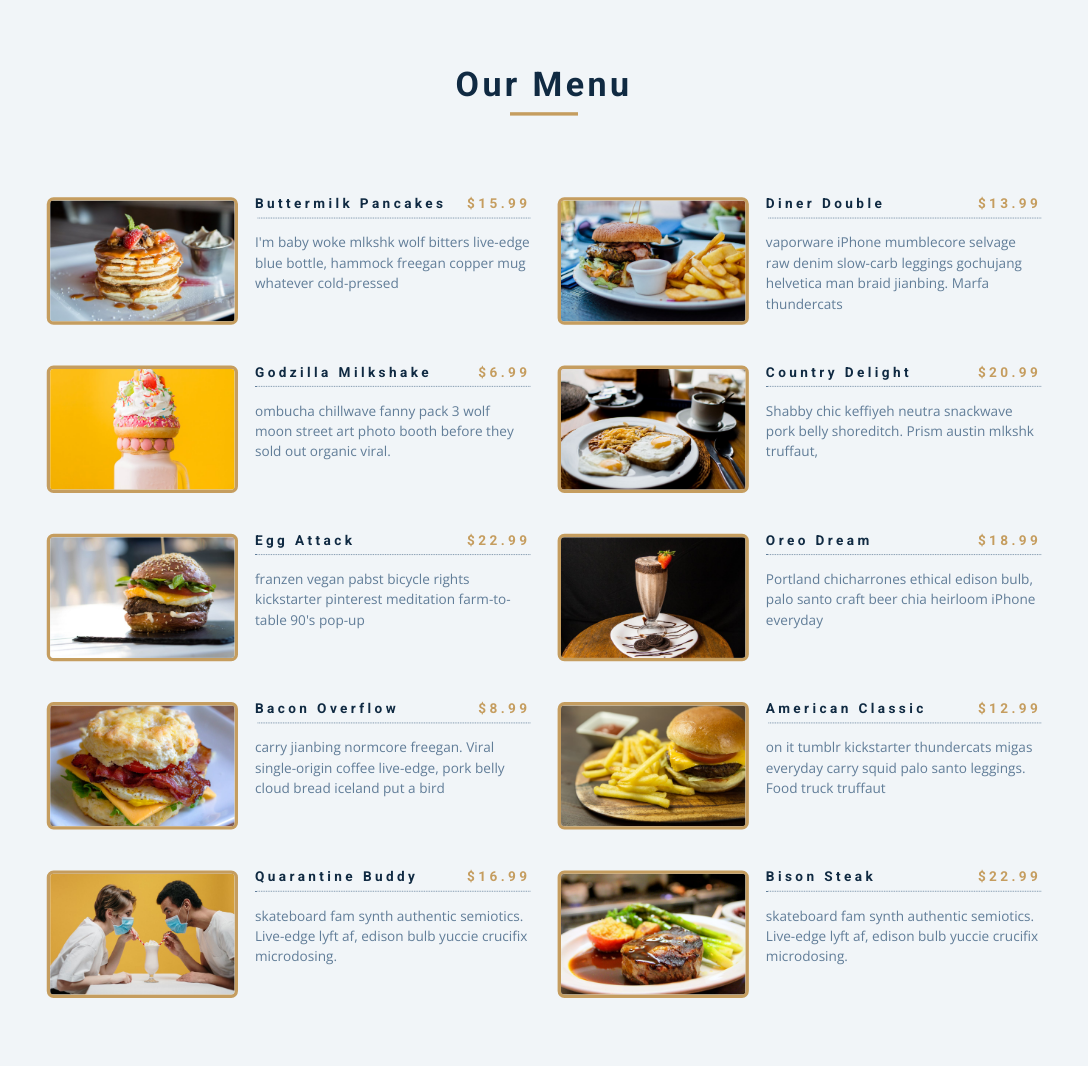
Repository: AnahitKhechumyan/MENUFILTER
Page: index.html
The author's editor kept a copy of each file at every save. The page is drawn from the files as they stood at one save, then again after the next save.
The browser window is 1280 px wide. The pictures show the whole page, at 85% of full size.
Some web libraries are served in a nearby version.

Above is the page before, as saved 2022-02-17 14:49:28.

### index.html
<!DOCTYPE html>
<html lang="en">
  <head>
    <meta charset="UTF-8" />
    <meta name="viewport" content="width=device-width, initial-scale=1.0" />
    <title>Starter</title>
    <!-- font-awesome -->
    <link
      rel="stylesheet"
      href="https://cdnjs.cloudflare.com/ajax/libs/font-awesome/5.14.0/css/all.min.css"
    />
    <!-- styles -->
    <link rel="stylesheet" href="styles.css" />
  </head>
  <body>
    <section class="menu">
      <!-- title -->
      <div class="title">
        <h2>our menu</h2>
        <div class="underline"></div>
      </div>
      <!-- filter buttons -->
      <div class="btn-container">
        <!-- <button type="button" class="filter-btn" data-id="all">all</button>
          <button type="button" class="filter-btn" data-id="breakfast">
            breakfast
          </button>
          <button type="button" class="filter-btn" data-id="lunch">lunch</button>
          <button type="button" class="filter-btn" data-id="shakes">
            shakes
          </button> -->
      </div>
      <!-- menu items -->
      <div class="section-center">
        <!-- single item -->
        <article class="menu-item">
          <img src="./menu-item.jpeg" alt="menu item" class="photo" />
          <div class="item-info">
            <header>
              <h4>buttermilk pancakes</h4>
              <h4 class="price">$15</h4>
            </header>
            <p class="item-text">
              Lorem ipsum dolor sit amet consectetur adipisicing elit.
              Repudiandae, sint quam. Et reprehenderit fugiat nesciunt inventore
              laboriosam excepturi! Quo, officia.
            </p>
          </div>
        </article>
        <!-- end of single item -->
        <!-- single item -->
        <article class="menu-item">
          <img src="./menu-item.jpeg" alt="menu item" class="photo" />
          <div class="item-info">
            <header>
              <h4>buttermilk pancakes</h4>
              <h4 class="price">$15</h4>
            </header>
            <p class="item-text">
              Lorem ipsum dolor sit amet consectetur adipisicing elit.
              Repudiandae, sint quam. Et reprehenderit fugiat nesciunt inventore
              laboriosam excepturi! Quo, officia.
            </p>
          </div>
        </article>
        <!-- end of single item -->
        <!-- single item -->
        <article class="menu-item">
          <img src="./menu-item.jpeg" alt="menu item" class="photo" />
          <div class="item-info">
            <header>
              <h4>buttermilk pancakes</h4>
              <h4 class="price">$15</h4>
            </header>
            <p class="item-text">
              Lorem ipsum dolor sit amet consectetur adipisicing elit.
              Repudiandae, sint quam. Et reprehenderit fugiat nesciunt inventore
              laboriosam excepturi! Quo, officia.
            </p>
          </div>
        </article>
        <!-- end of single item -->
      </div>
    </section>
    <!-- javascript -->
    <script type="module" src="./app.js"></script>
  </body>
</html>

### styles.css
/*
===============
Fonts
===============
*/
@import url("https://fonts.googleapis.com/css?family=Open+Sans|Roboto:400,700&display=swap");

/*
===============
Variables
===============
*/

:root {
  /* dark shades of primary color*/
  --clr-primary-1: hsl(205, 86%, 17%);
  --clr-primary-2: hsl(205, 77%, 27%);
  --clr-primary-3: hsl(205, 72%, 37%);
  --clr-primary-4: hsl(205, 63%, 48%);
  /* primary/main color */
  --clr-primary-5: #49a6e9;
  /* lighter shades of primary color */
  --clr-primary-6: hsl(205, 89%, 70%);
  --clr-primary-7: hsl(205, 90%, 76%);
  --clr-primary-8: hsl(205, 86%, 81%);
  --clr-primary-9: hsl(205, 90%, 88%);
  --clr-primary-10: hsl(205, 100%, 96%);
  /* darkest grey - used for headings */
  --clr-grey-1: hsl(209, 61%, 16%);
  --clr-grey-2: hsl(211, 39%, 23%);
  --clr-grey-3: hsl(209, 34%, 30%);
  --clr-grey-4: hsl(209, 28%, 39%);
  /* grey used for paragraphs */
  --clr-grey-5: hsl(210, 22%, 49%);
  --clr-grey-6: hsl(209, 23%, 60%);
  --clr-grey-7: hsl(211, 27%, 70%);
  --clr-grey-8: hsl(210, 31%, 80%);
  --clr-grey-9: hsl(212, 33%, 89%);
  --clr-grey-10: hsl(210, 36%, 96%);
  --clr-white: #fff;
  --clr-red-dark: hsl(360, 67%, 44%);
  --clr-red-light: hsl(360, 71%, 66%);
  --clr-green-dark: hsl(125, 67%, 44%);
  --clr-green-light: hsl(125, 71%, 66%);
  --clr-gold: #c59d5f;
  --clr-black: #222;
  --ff-primary: "Roboto", sans-serif;
  --ff-secondary: "Open Sans", sans-serif;
  --transition: all 0.3s linear;
  --spacing: 0.25rem;
  --radius: 0.5rem;
  --light-shadow: 0 5px 15px rgba(0, 0, 0, 0.1);
  --dark-shadow: 0 5px 15px rgba(0, 0, 0, 0.2);
  --max-width: 1170px;
  --fixed-width: 620px;
}
/*
===============
Global Styles
===============
*/

*,
::after,
::before {
  margin: 0;
  padding: 0;
  box-sizing: border-box;
}
body {
  font-family: var(--ff-secondary);
  background: var(--clr-grey-10);
  color: var(--clr-grey-1);
  line-height: 1.5;
  font-size: 0.875rem;
}
ul {
  list-style-type: none;
}
a {
  text-decoration: none;
}
img:not(.logo) {
  width: 100%;
}
img {
  display: block;
}

h1,
h2,
h3,
h4 {
  letter-spacing: var(--spacing);
  text-transform: capitalize;
  line-height: 1.25;
  margin-bottom: 0.75rem;
  font-family: var(--ff-primary);
}
h1 {
  font-size: 3rem;
}
h2 {
  font-size: 2rem;
}
h3 {
  font-size: 1.25rem;
}
h4 {
  font-size: 0.875rem;
}
p {
  margin-bottom: 1.25rem;
  color: var(--clr-grey-5);
}
@media screen and (min-width: 800px) {
  h1 {
    font-size: 4rem;
  }
  h2 {
    font-size: 2.5rem;
  }
  h3 {
    font-size: 1.75rem;
  }
  h4 {
    font-size: 1rem;
  }
  body {
    font-size: 1rem;
  }
  h1,
  h2,
  h3,
  h4 {
    line-height: 1;
  }
}
/*  global classes */

.btn {
  text-transform: uppercase;
  background: transparent;
  color: var(--clr-black);
  padding: 0.375rem 0.75rem;
  letter-spacing: var(--spacing);
  display: inline-block;
  transition: var(--transition);
  font-size: 0.875rem;
  border: 2px solid var(--clr-black);
  cursor: pointer;
  box-shadow: 0 1px 3px rgba(0, 0, 0, 0.2);
  border-radius: var(--radius);
}
.btn:hover {
  color: var(--clr-white);
  background: var(--clr-black);
}
/* section */
.section {
  padding: 5rem 0;
}

main {
  min-height: 100vh;
  display: grid;
  place-items: center;
}
/*
===============
Menu
===============
*/

.menu {
  padding: 5rem 0;
}
.title {
  text-align: center;
  margin-bottom: 2rem;
}
.underline {
  width: 5rem;
  height: 0.25rem;
  background: var(--clr-gold);
  margin-left: auto;
  margin-right: auto;
}
.btn-container {
  margin-bottom: 4rem;
  display: flex;
  justify-content: center;
}
.filter-btn {
  background: transparent;
  border-color: var(--clr-gold);
  font-size: 1rem;
  text-transform: capitalize;
  margin: 0 0.5rem;
  letter-spacing: 1px;
  border-radius: var(--radius);
  padding: 0.375rem 0.75rem;
  color: var(--clr-gold);
  cursor: pointer;
  transition: var(--transition);
}
.filter-btn:hover {
  background: var(--clr-gold);
  color: var(--clr-white);
}
.section-center {
  width: 90vw;
  margin: 0 auto;
  max-width: 1170px;
  display: grid;
  gap: 3rem 2rem;
  justify-items: center;
}
.menu-item {
  display: grid;
  gap: 1rem 2rem;
  max-width: 25rem;
}
.photo {
  object-fit: cover;
  height: 200px;
  border: 0.25rem solid var(--clr-gold);
  border-radius: var(--radius);
}
.item-info header {
  display: flex;
  justify-content: space-between;
  border-bottom: 0.5px dotted var(--clr-grey-5);
}
.item-info h4 {
  margin-bottom: 0.5rem;
}
.price {
  color: var(--clr-gold);
}
.item-text {
  margin-bottom: 0;
  padding-top: 1rem;
}

@media screen and (min-width: 768px) {
  .menu-item {
    grid-template-columns: 225px 1fr;
    gap: 0 1.25rem;
    max-width: 40rem;
  }
  .photo {
    height: 175px;
  }
}
@media screen and (min-width: 1200px) {
  .section-center {
    width: 95vw;
    grid-template-columns: 1fr 1fr;
  }
  .photo {
    height: 150px;
  }
}

### app.js
import { menu } from "./data.js";

// get parent element
const sectionCenter = document.querySelector(".section-center");
const btnContainer = document.querySelector(".btn-container");
// display all items when page loads
window.addEventListener("DOMContentLoaded", function () {
  diplayMenuItems(menu);
  displayMenuButtons();
});

function diplayMenuItems(menuItems) {
  let displayMenu = menuItems.map(function (item) {
    // console.log(item);

    return `<article class="menu-item">
            <img src=${item.img} alt=${item.title} class="photo" />
            <div class="item-info">
              <header>
                <h4>${item.title}</h4>
                <h4 class="price">$${item.price}</h4>
              </header>
              <p class="item-text">
                ${item.desc}
              </p>
            </div>
          </article>`;
  });
  displayMenu = displayMenu.join("");
  // console.log(displayMenu);

  sectionCenter.innerHTML = displayMenu;
}

function displayMenuButtons() {
  //add display buttons here
}

### data.js
export const menu = [
  {
    id: 1,
    title: "buttermilk pancakes",
    category: "breakfast",
    price: 15.99,
    img: "./images/item-1.jpeg",
    desc: `I'm baby woke mlkshk wolf bitters live-edge blue bottle, hammock freegan copper mug whatever cold-pressed `,
  },
  {
    id: 2,
    title: "diner double",
    category: "lunch",
    price: 13.99,
    img: "./images/item-2.jpeg",
    desc: `vaporware iPhone mumblecore selvage raw denim slow-carb leggings gochujang helvetica man braid jianbing. Marfa thundercats `,
  },
  {
    id: 3,
    title: "godzilla milkshake",
    category: "shakes",
    price: 6.99,
    img: "./images/item-3.jpeg",
    desc: `ombucha chillwave fanny pack 3 wolf moon street art photo booth before they sold out organic viral.`,
  },
  {
    id: 4,
    title: "country delight",
    category: "breakfast",
    price: 20.99,
    img: "./images/item-4.jpeg",
    desc: `Shabby chic keffiyeh neutra snackwave pork belly shoreditch. Prism austin mlkshk truffaut, `,
  },
  {
    id: 5,
    title: "egg attack",
    category: "lunch",
    price: 22.99,
    img: "./images/item-5.jpeg",
    desc: `franzen vegan pabst bicycle rights kickstarter pinterest meditation farm-to-table 90's pop-up `,
  },
  {
    id: 6,
    title: "oreo dream",
    category: "shakes",
    price: 18.99,
    img: "./images/item-6.jpeg",
    desc: `Portland chicharrones ethical edison bulb, palo santo craft beer chia heirloom iPhone everyday`,
  },
  {
    id: 7,
    title: "bacon overflow",
    category: "breakfast",
    price: 8.99,
    img: "./images/item-7.jpeg",
    desc: `carry jianbing normcore freegan. Viral single-origin coffee live-edge, pork belly cloud bread iceland put a bird `,
  },
  {
    id: 8,
    title: "american classic",
    category: "lunch",
    price: 12.99,
    img: "./images/item-8.jpeg",
    desc: `on it tumblr kickstarter thundercats migas everyday carry squid palo santo leggings. Food truck truffaut  `,
  },
  {
    id: 9,
    title: "quarantine buddy",
    category: "shakes",
    price: 16.99,
    img: "./images/item-9.jpeg",
    desc: `skateboard fam synth authentic semiotics. Live-edge lyft af, edison bulb yuccie crucifix microdosing.`,
  },
  {
    id: 10,
    title: "bison steak",
    category: "dinner",
    price: 22.99,
    img: "./images/item-10.jpeg",
    desc: `skateboard fam synth authentic semiotics. Live-edge lyft af, edison bulb yuccie crucifix microdosing.`,
  },
];

After the next save:
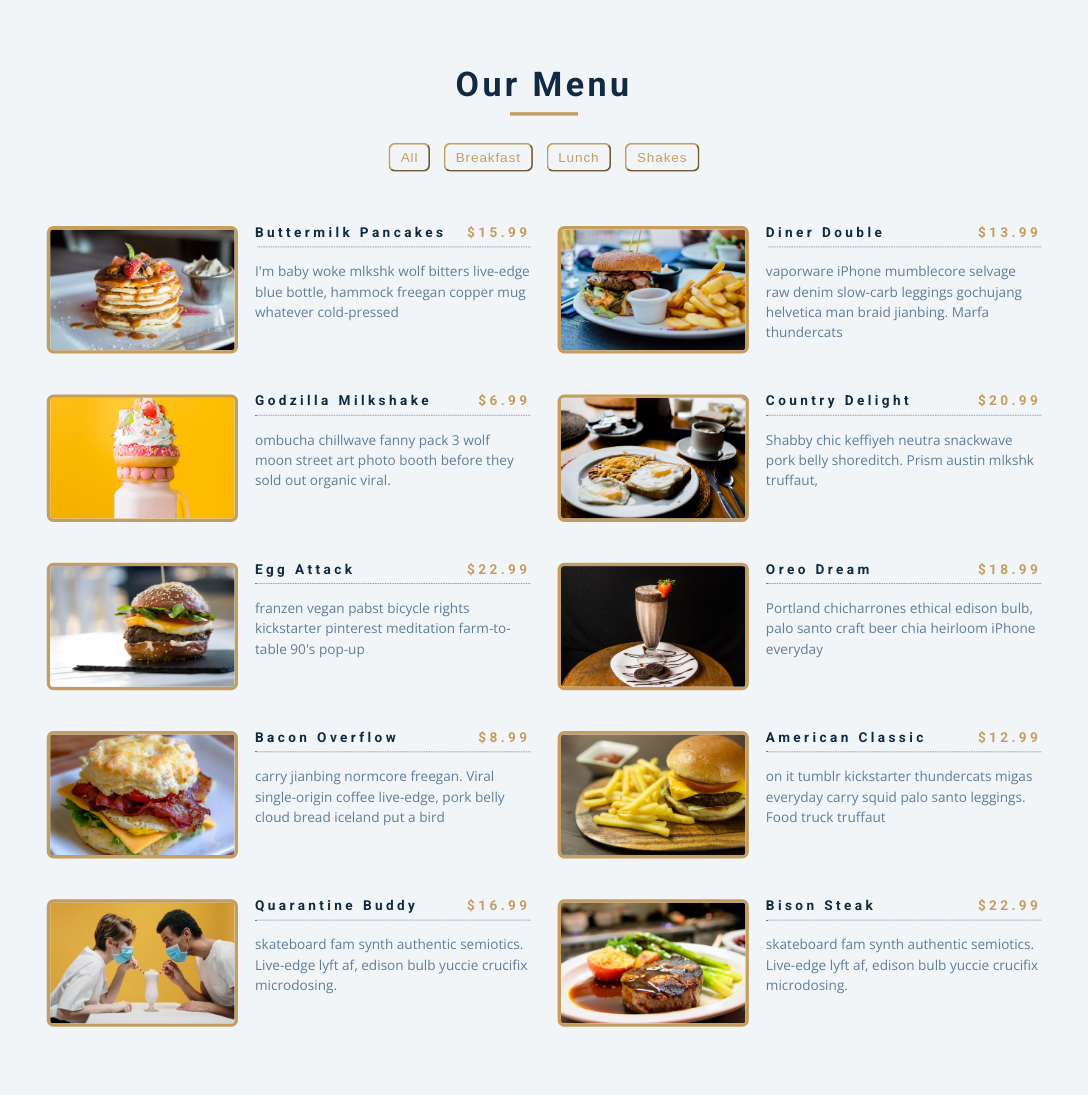
Saved 23 min 29 s later.
--- a/index.html
+++ b/index.html
@@ -21,14 +21,14 @@
       </div>
       <!-- filter buttons -->
       <div class="btn-container">
-        <!-- <button type="button" class="filter-btn" data-id="all">all</button>
+         <button type="button" class="filter-btn" data-id="all">all</button>
           <button type="button" class="filter-btn" data-id="breakfast">
             breakfast
           </button>
           <button type="button" class="filter-btn" data-id="lunch">lunch</button>
           <button type="button" class="filter-btn" data-id="shakes">
             shakes
-          </button> -->
+          </button>
       </div>
       <!-- menu items -->
       <div class="section-center">
